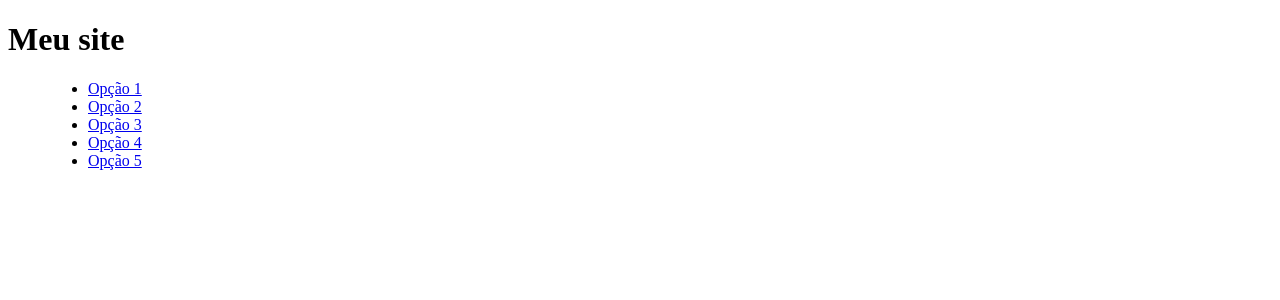
Repository: Sandro1969-tech/menu-hamburger
Page: index.html
The author's editor kept a copy of each file at every save. The page is drawn from the files as they stood at one save, then again after a run of saves.
The browser window is 1280 px wide. The pictures show the whole page.

Above is the page before, as saved 2025-12-25 17:46:23.

### index.html
<!DOCTYPE html>
<html lang="pt-br">
<head>
    <meta charset="UTF-8">
    <meta name="viewport" content="width=device-width, initial-scale=1.0">
    <title>Media Queries</title>
</head>
<body>
  <header>
    <main>
            <h1>Meu site</h1>
            <menu>
                <ul>
                    <li><a href="#">Opção 1</a></li>
                    <li><a href="#">Opção 2</a></li>
                    <li><a href="#">Opção 3</a></li>
                    <li><a href="#">Opção 4</a></li>
                    <li><a href="#">Opção 5</a></li>
                </ul>
            </menu>
                <article>
                    <h2></h2>
                </article>
    </main>
  </header>
</body>
</html>

After the next 5 saves:
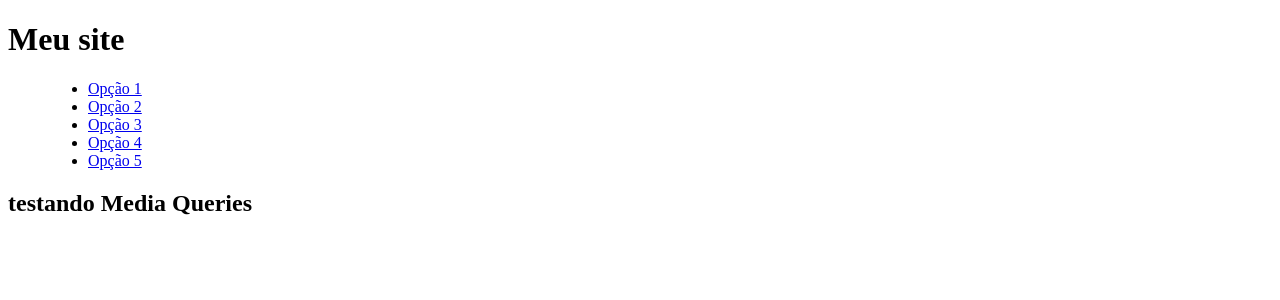
The 5 saves are shown as one change because they came seconds apart.
The last was saved 13 s later.
--- a/index.html
+++ b/index.html
@@ -19,7 +19,8 @@
                 </ul>
             </menu>
                 <article>
-                    <h2></h2>
+                    <h2>testando Media Queries</h2>
+
                 </article>
     </main>
   </header>
